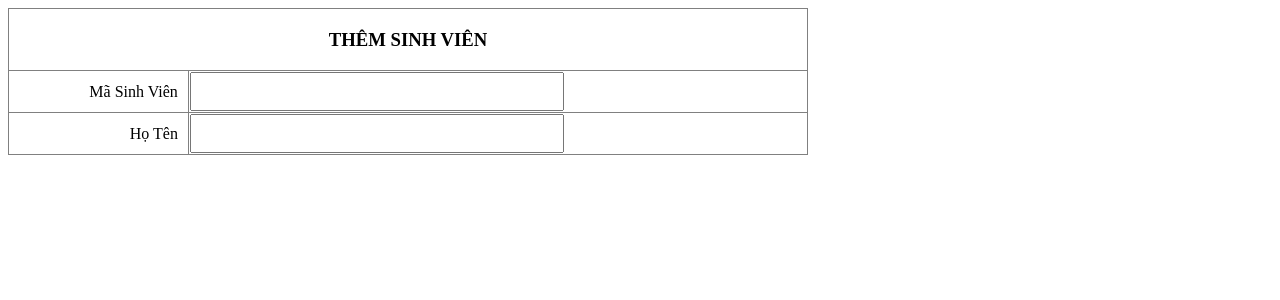
Repository: Tan-Khang21/TH_TKW--Buoi_04
Page: Bai_Tap_Mau/Bai_04/Bai_04.html
The author's editor kept a copy of each file at every save. The page is drawn from the files as they stood at one save, then again after the next save.
The browser window is 1280 px wide. The pictures show the whole page.

Above is the page before, as saved 2024-03-06 09:45:05.

After the next save:
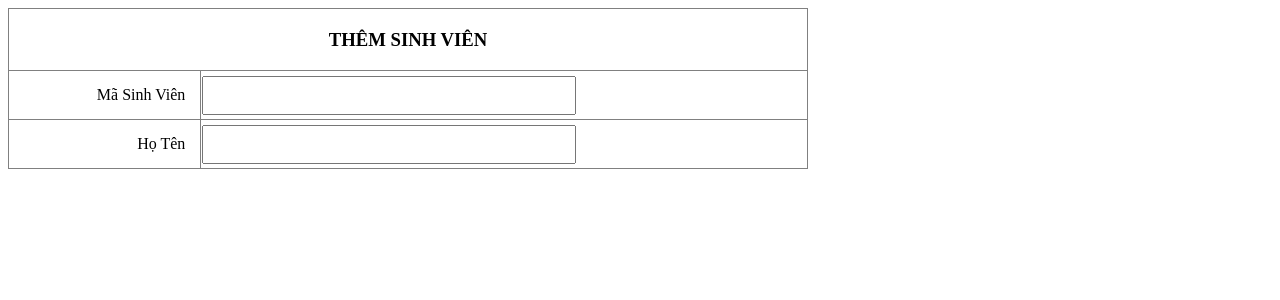
Saved 24 s later.
--- a/Bai_Tap_Mau/Bai_04/Bai_04.html
+++ b/Bai_Tap_Mau/Bai_04/Bai_04.html
@@ -11,11 +11,11 @@
             <th colspan="3" ><h3>THÊM SINH VIÊN</h3></th>
         </tr>
         <tr>
-            <td align="right" style="padding: 10px;">Mã Sinh Viên</td>
+            <td align="right" style="padding: 15px;">Mã Sinh Viên</td>
             <td colspan="2"> <input type="text" style="width:350px; padding: 10px;"></td>
         </tr>
         <tr>
-            <td align="right" style="padding: 10px;">Họ Tên</td>
+            <td align="right" style="padding: 15px;">Họ Tên</td>
             <td colspan="2"> <input type="text" style="width:350px; padding: 10px;"></td>
         </tr>
     </table>

After the save that followed:
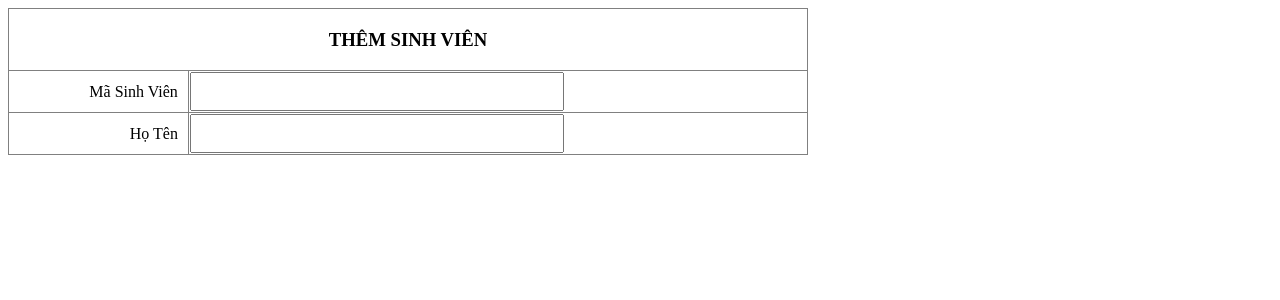
Saved 11 s later.
--- a/Bai_Tap_Mau/Bai_04/Bai_04.html
+++ b/Bai_Tap_Mau/Bai_04/Bai_04.html
@@ -11,11 +11,11 @@
             <th colspan="3" ><h3>THÊM SINH VIÊN</h3></th>
         </tr>
         <tr>
-            <td align="right" style="padding: 15px;">Mã Sinh Viên</td>
+            <td align="right" style="padding: 10px;">Mã Sinh Viên</td>
             <td colspan="2"> <input type="text" style="width:350px; padding: 10px;"></td>
         </tr>
         <tr>
-            <td align="right" style="padding: 15px;">Họ Tên</td>
+            <td align="right" style="padding: 10px;">Họ Tên</td>
             <td colspan="2"> <input type="text" style="width:350px; padding: 10px;"></td>
         </tr>
     </table>
